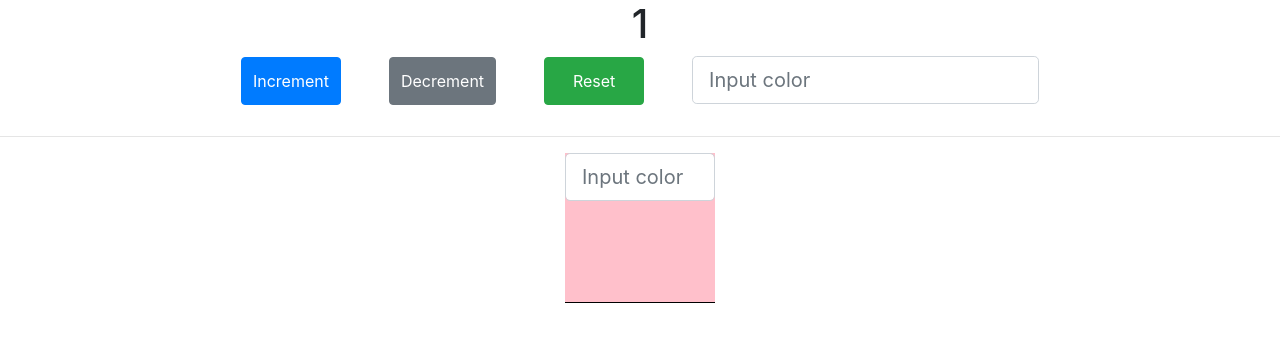
Repository: tts2610/redux-counter
Page: /
The author's editor kept a copy of each file at every save. The page is drawn from the files as they stood at one save, then again after the next save.
The browser window is 1280 px wide. The pictures show the whole page.
The project was rebuilt for these pictures with package versions that can differ from the ones it lists, and the page was loaded fresh each time.

Above is the page before, as saved 2020-06-09 19:05:29.

After the next save:
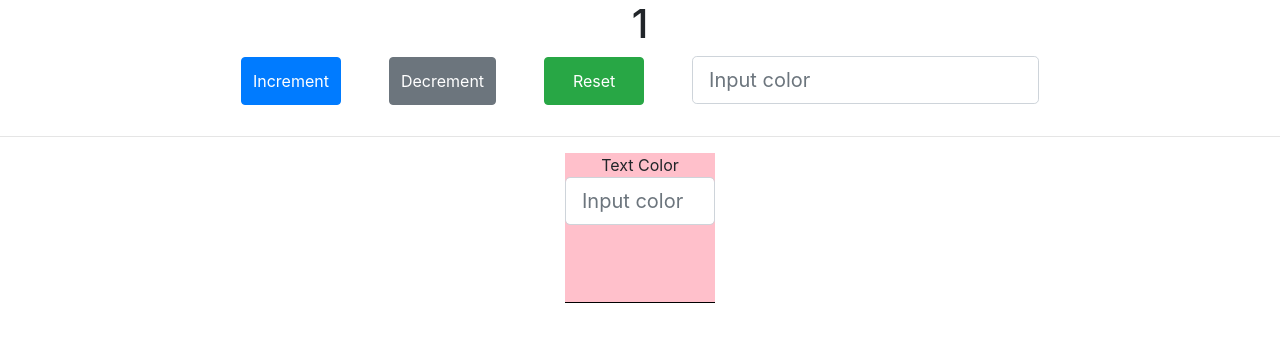
Saved 80 s later.
--- a/src/App.js
+++ b/src/App.js
@@ -22,6 +22,7 @@ function App() {
         }}
         value={index}
       >
+        <span>Text Color</span>
         <Form.Group>
           <Form.Control
             size="lg"
